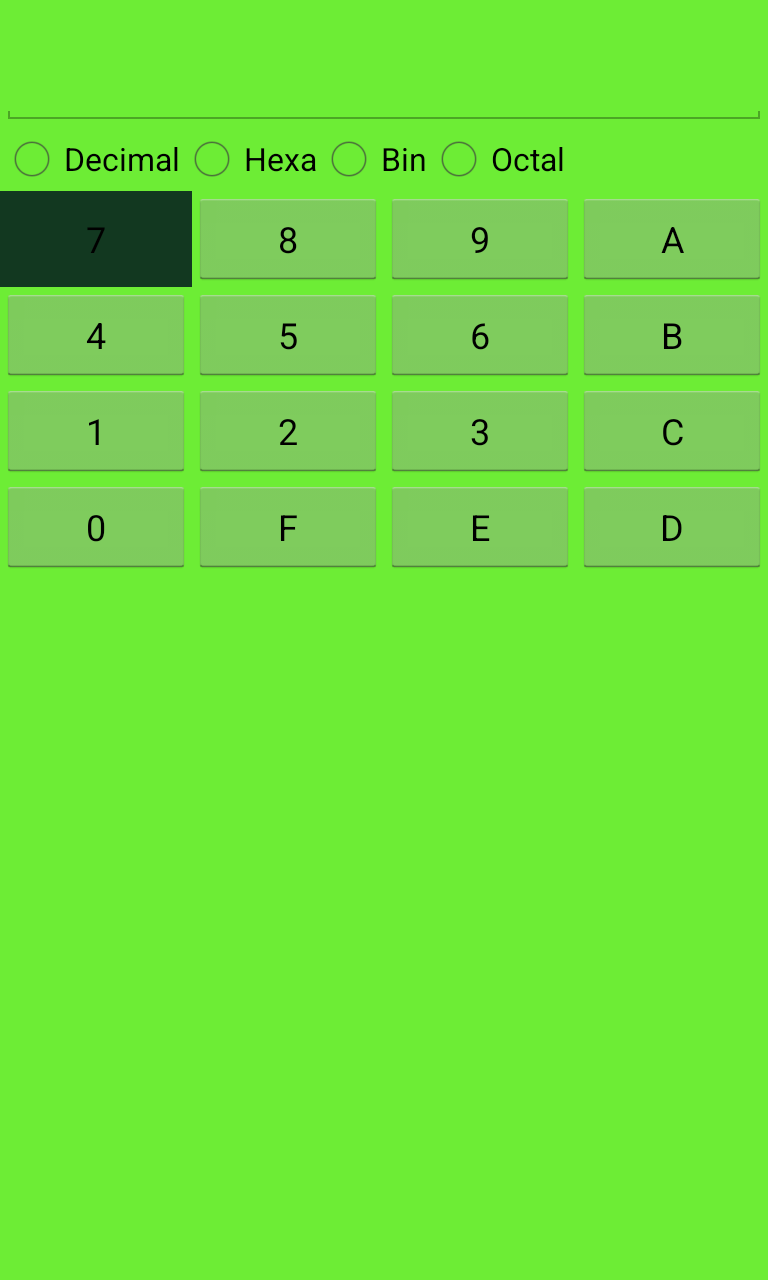
Repository: RamDion/BSIT_Calculator
Layout: CcsCalcu/res/layout/activity_calculator.xml
An editor plug-in stored every save of this project. The layout is shown before and after the next save, followed by the edit.
It is drawn on a 768 x 1280 px phone screen (xhdpi) without system bars, with theme AppTheme; the app's code is not run.

Above is the layout before, as saved 2014-09-04 05:24:33.

After the next save:
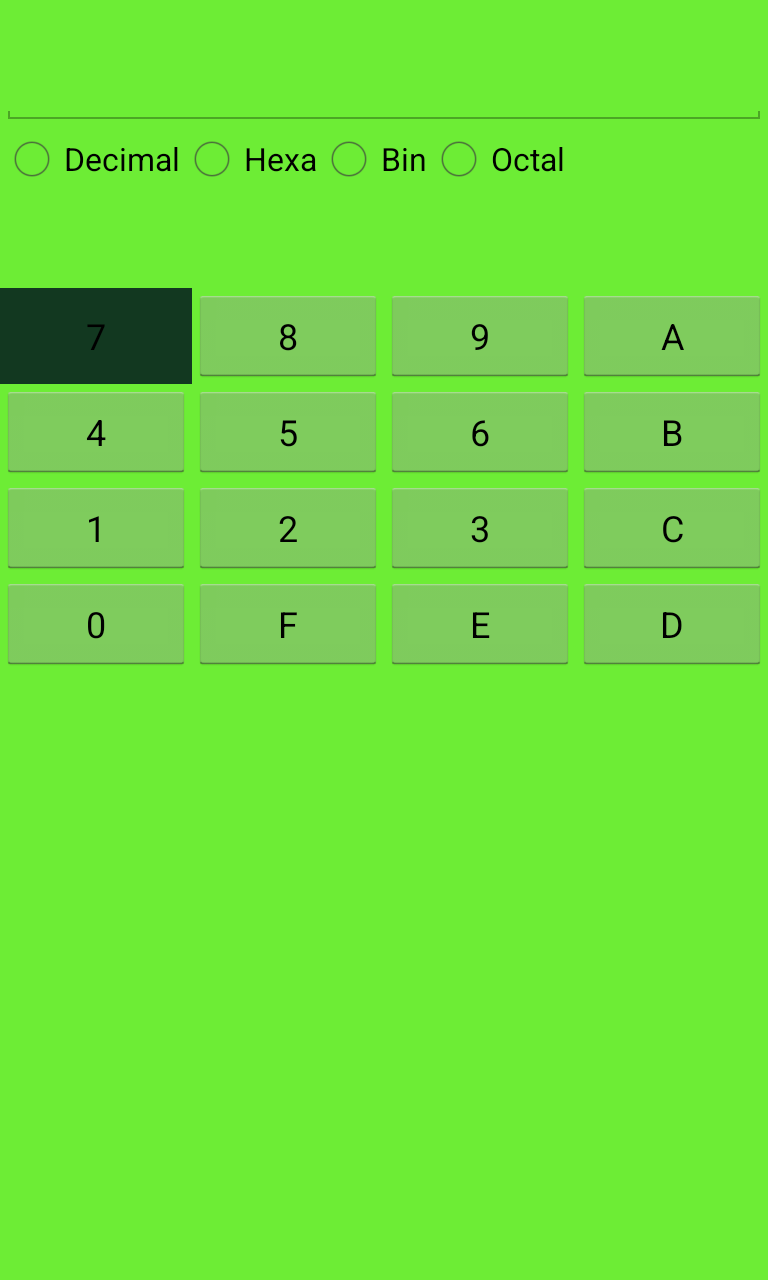
Saved 2 min 29 s later.
--- a/CcsCalcu/res/layout/activity_calculator.xml
+++ b/CcsCalcu/res/layout/activity_calculator.xml
@@ -57,6 +57,18 @@
 
         </TableRow>
 
+        <TableRow>
+             <TextView
+                android:id="@+id/calc_screen"
+                android:layout_weight="1"
+                android:layout_width="0dip"
+                android:layout_height="wrap_content"
+                android:textSize="36sp"
+                android:inputType="none" >
+
+            </TextView>
+        </TableRow>
+
 
 
         <TableRow
